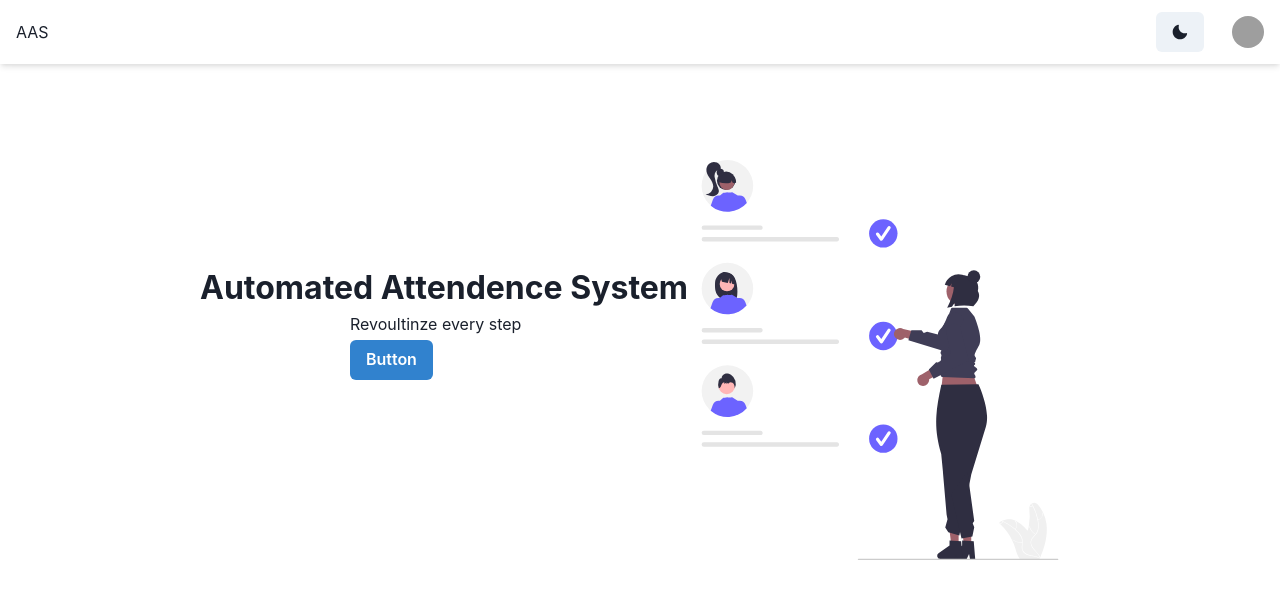
Repository: shash0708/attendence
Page: /
An editor plug-in stored every save of this project. The page is shown before and after the next save, followed by the edit.
The browser window is 1280 px wide. The pictures show the whole page.
Pictures or frames that could not be fetched are drawn as grey boxes. The project was rebuilt for these pictures with package versions that can differ from the ones it lists, and the page was loaded fresh each time. Also part of the build but not shown: src/App.css, src/components/Login/Login.component.jsx, src/components/Signup/Signup.component.jsx, src/routes/Authentication/Authentication.component.jsx.

Above is the page before, as saved 2024-04-06 20:44:09.

After the next save:
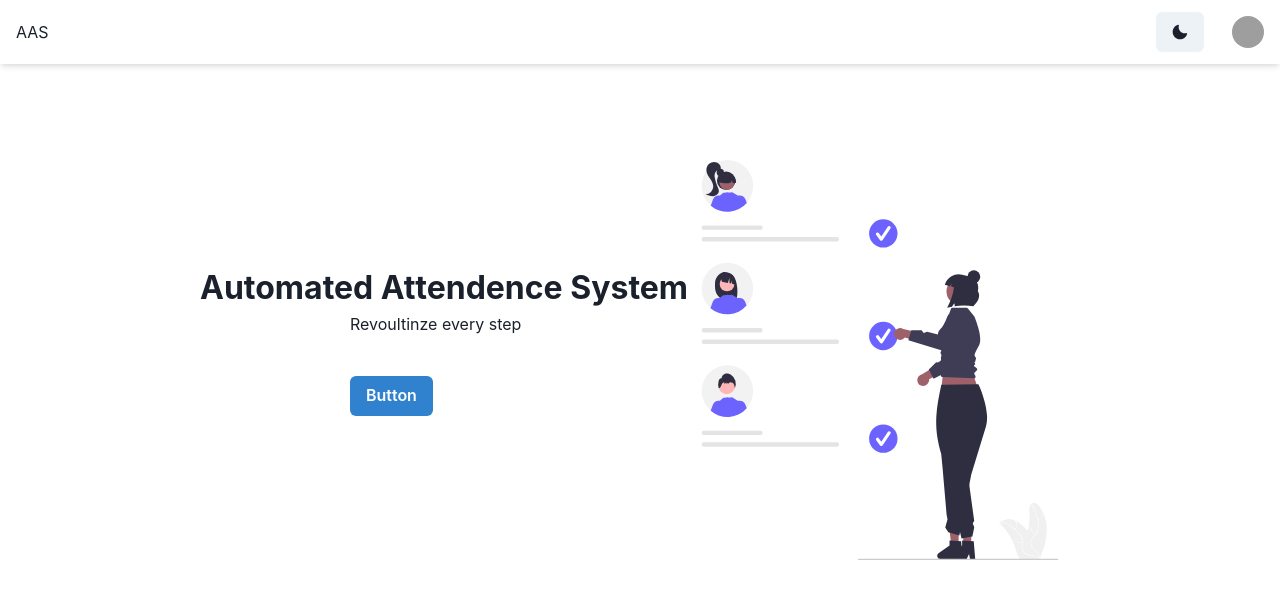
Saved 11 s later.
--- a/src/components/homeProp/HomeProp.styles.scss
+++ b/src/components/homeProp/HomeProp.styles.scss
@@ -30,7 +30,7 @@
 .button-prop{
   font-size: medium;
   position: fixed;
-  top: 50%; // Adjust as needed
+  top: 55%; // Adjust as needed
   left: 350px; // Adjust as needed
   transform: translateY(-50%);
 }
